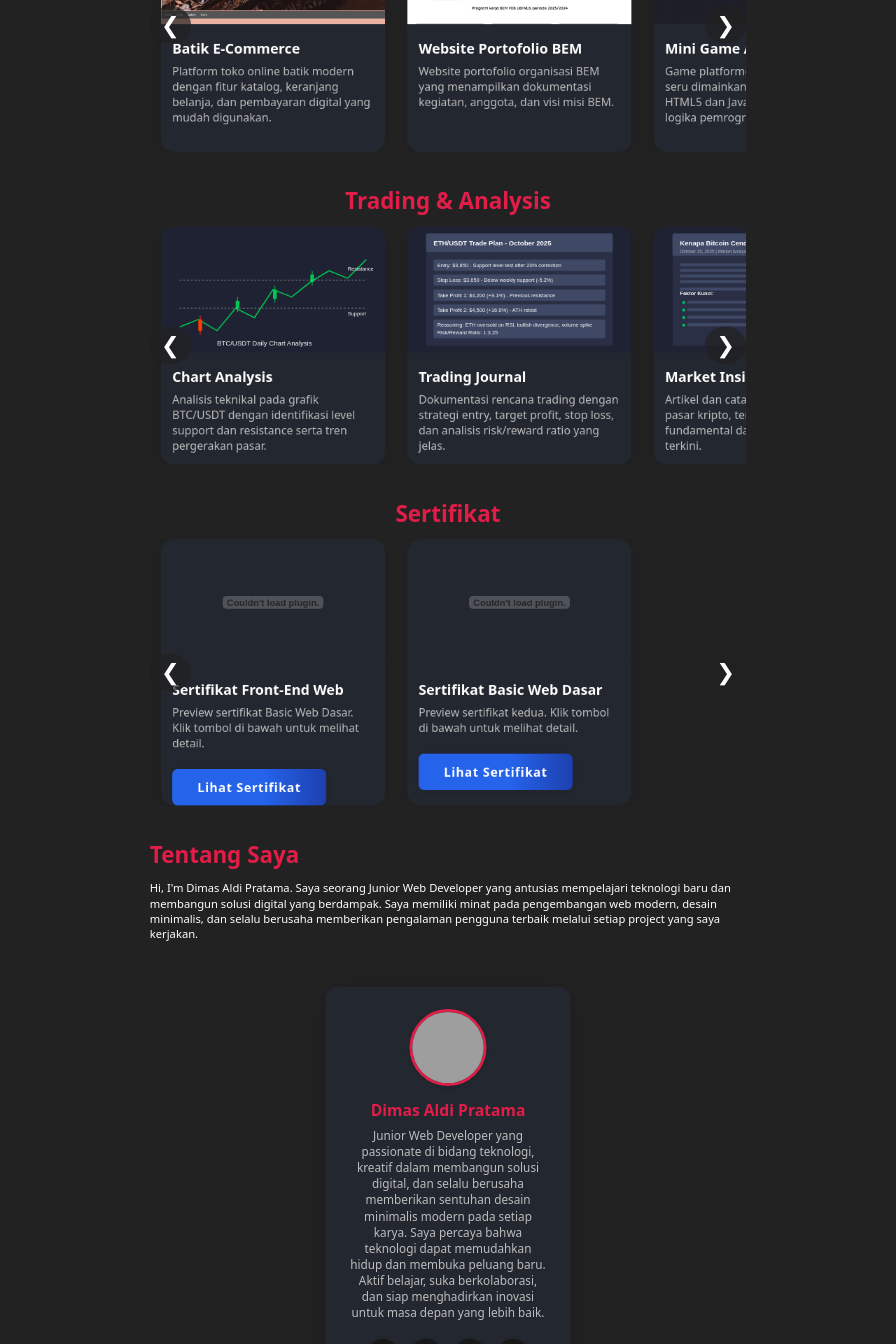
Repository: Aldymasss/Portofolio
Page: index.html
The author's editor kept a copy of each file at every save. The page is drawn from the files as they stood at one save, then again after the next save.
The browser window is 1280 px wide. The pictures show the part of the page from y = 811 to 2731 px (the page is 3136 px tall), at 70% of full size.
Pictures or frames that could not be fetched are drawn as grey boxes.

Above is the page before, as saved 2025-10-15 02:02:13.

After the next save:
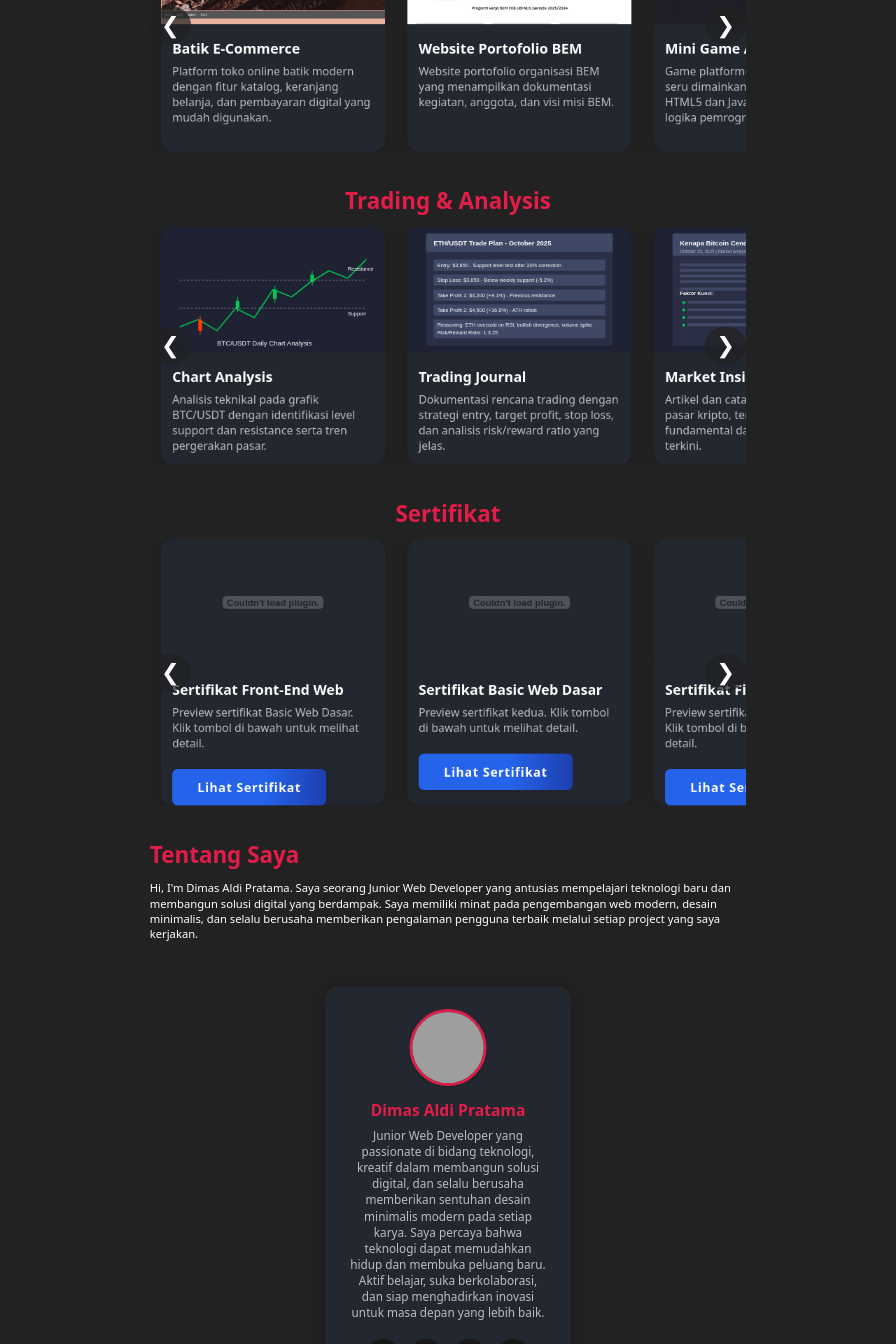
Saved 6 days later.
--- a/index.html
+++ b/index.html
@@ -115,6 +115,12 @@
                     <p>Preview sertifikat kedua. Klik tombol di bawah untuk melihat detail.</p>
                     <a href="img/sertifikat_course_123_4037202_260524133952.pdf" target="_blank" rel="noopener" class="btn btn-link" style="margin-top:10px;">Lihat Sertifikat</a>
                 </div>
+                <div class="project-card certificate-card">
+                    <embed src="img/sertifikat_financial.pdf#toolbar=0&navpanes=0&scrollbar=0" type="application/pdf" width="100%" height="180px" style="border-radius:12px; background:#23272f;" />
+                    <h3>Sertifikat Financial Analysis</h3>
+                    <p>Preview sertifikat Financial Analysis. Klik tombol di bawah untuk melihat detail.</p>
+                    <a href="img/sertifikat_financial.pdf" target="_blank" rel="noopener" class="btn btn-link" style="margin-top:10px;">Lihat Sertifikat</a>
+                </div>
             </div>
             <button class="slider-btn prev" onclick="slideCertificates(-1)">&#10094;</button>
             <button class="slider-btn next" onclick="slideCertificates(1)">&#10095;</button>
